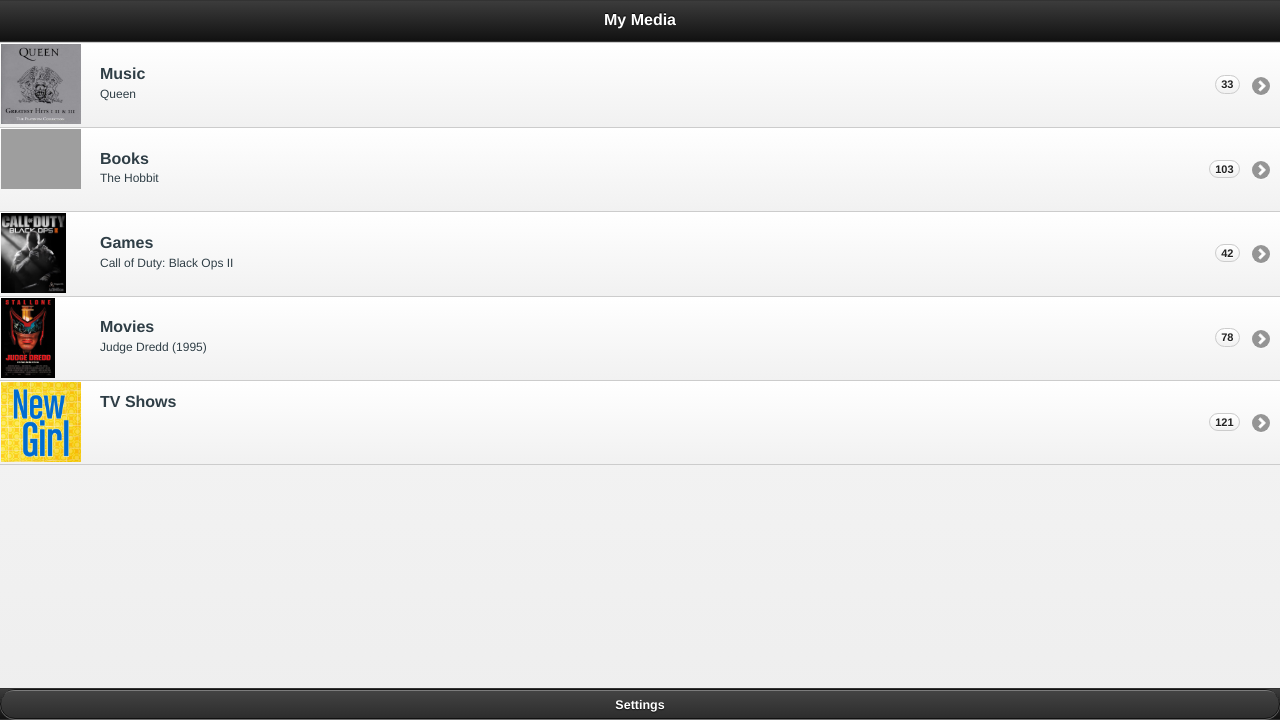
Repository: shavo0915/MediaCollectionApp
Page: MediaCollectionApp/assets/www/index.html
An editor plug-in stored every save of this project. The page is shown before and after the next save, followed by the edit.
The browser window is 1280 px wide. The pictures show the whole page.
Pictures or frames that could not be fetched are drawn as grey boxes.

Above is the page before, as saved 2013-01-31 21:28:16.

After the next save:
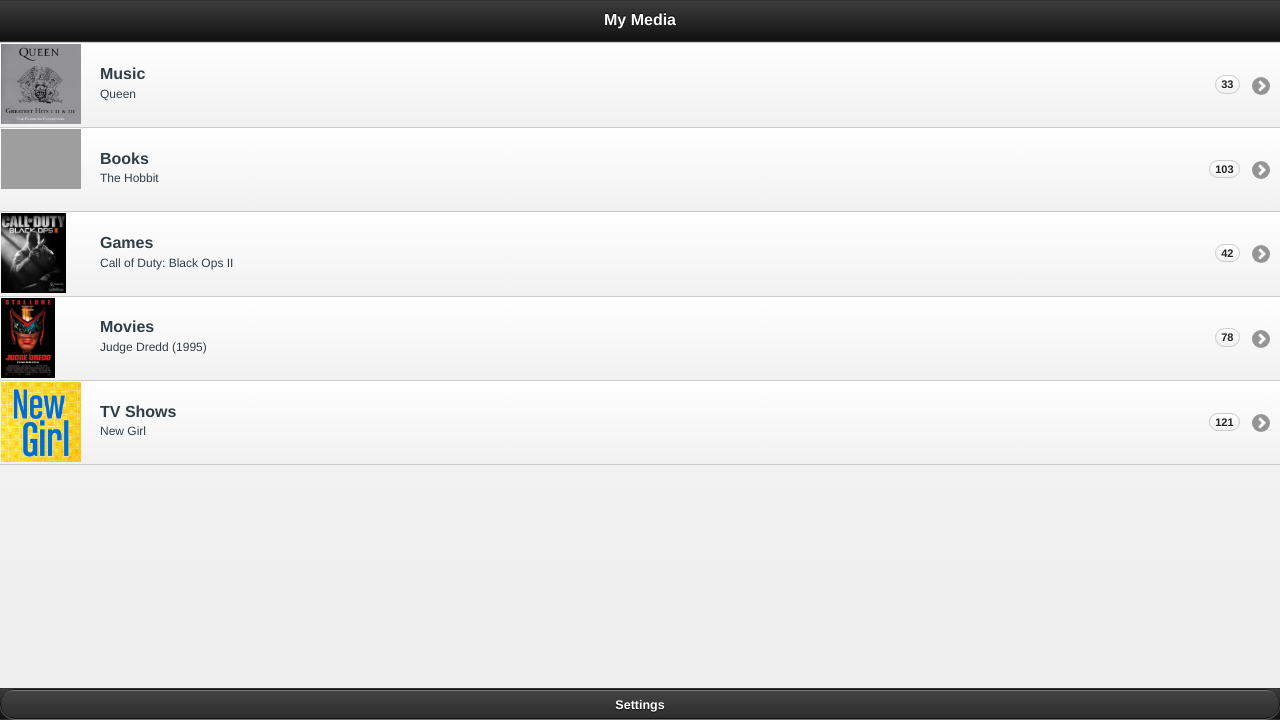
Saved 32 s later.
--- a/MediaCollectionApp/assets/www/index.html
+++ b/MediaCollectionApp/assets/www/index.html
@@ -51,7 +51,8 @@
 			<li>
 				<a href="">
 					<img src="img\NEWGIRL.jpg">
-					TV Shows
+					<h3>TV Shows</h3>
+					<p>New Girl</p>
 					<span class="ui-li-count">121</span>
 				</a>
 			</li>
